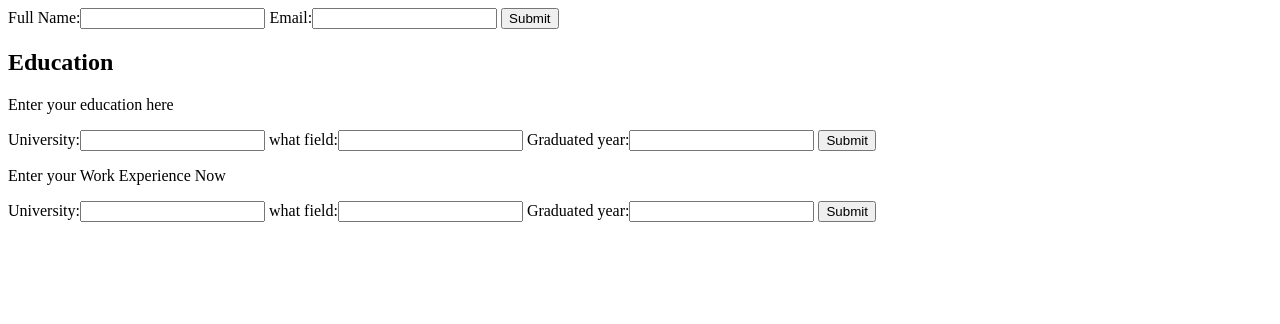
Repository: henokkeleta/SpringIt2
Page: WeekFour/WebContent/Resume1.html
The author's editor kept a copy of each file at every save. The page is drawn from the files as they stood at one save, then again after the next save.
The browser window is 1280 px wide. The pictures show the whole page.

Above is the page before, as saved 2017-06-15 18:39:16.

### WeekFour/WebContent/Resume1.html
<!DOCTYPE html>
<html>
<head>
<meta charset="UTF-8">
<title>Insert title here</title>
</head>
<body>
<form action = "NameEmail.jsp" method = "post">
Full Name:<input type = "text" name = "FullName" >
Email:<input type = "text" name = "Email" >
<input type = "Submit" value = "Submit">
</form>
<h2>Education</h2>
<p>Enter your education here</p>
<form action = "" method = "post">
University:<input type = "text" name = "Education" >
what field:<input type = "text" name = "Education" >
Graduated year:<input type = "text" name = "Education" >
<input type = "Submit" value = "Submit">
</form>
<p>Enter your Work Experience Now</p>
<form action = "EucationServlet" method = "post">
University:<input type = "text" name = "Education" >
what field:<input type = "text" name = "Education" >
Graduated year:<input type = "text" name = "Education" >
<input type = "Submit" value = "Submit">
</form>
</body>
</html>

After the next save:
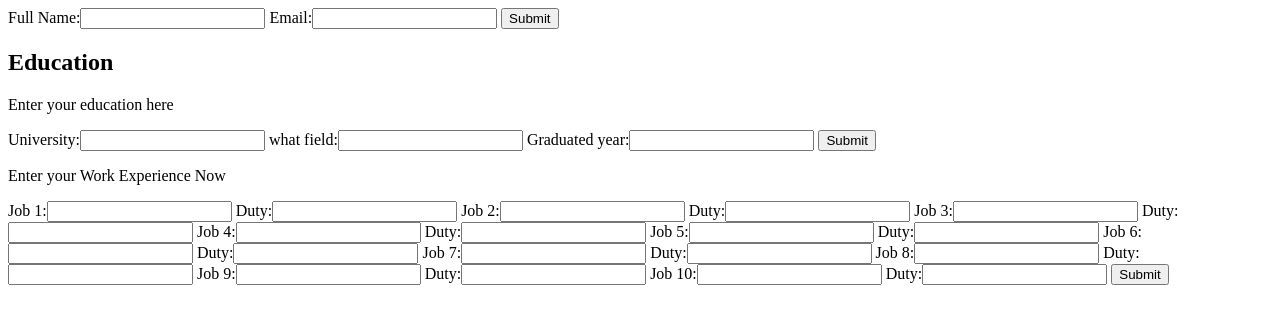
Saved 5 min 9 s later.
--- a/WeekFour/WebContent/Resume1.html
+++ b/WeekFour/WebContent/Resume1.html
@@ -19,10 +19,28 @@ Graduated year:<input type = "text" name = "Education" >
 <input type = "Submit" value = "Submit">
 </form>
 <p>Enter your Work Experience Now</p>
-<form action = "EucationServlet" method = "post">
-University:<input type = "text" name = "Education" >
-what field:<input type = "text" name = "Education" >
-Graduated year:<input type = "text" name = "Education" >
+<form action = "WorkExperience.jsp" method = "post">
+Job 1:<input type = "text" name = "Job1" >
+Duty:<input type = "text" name = "Duty" >
+Job 2:<input type = "text" name = "Job2" >
+Duty:<input type = "text" name = "Duty" >
+Job 3:<input type = "text" name = "Job3" >
+Duty:<input type = "text" name = "Duty" >
+Job 4:<input type = "text" name = "Job4" >
+Duty:<input type = "text" name = "Duty" >
+Job 5:<input type = "text" name = "Job5" >
+Duty:<input type = "text" name = "Duty" >
+Job 6:<input type = "text" name = "Job6" >
+Duty:<input type = "text" name = "Duty" >
+Job 7:<input type = "text" name = "Job7" >
+Duty:<input type = "text" name = "Duty" >
+Job 8:<input type = "text" name = "Job8" >
+Duty:<input type = "text" name = "Duty" >
+Job 9:<input type = "text" name = "Job9" >
+Duty:<input type = "text" name = "Duty" >
+Job 10:<input type = "text" name = "Job10" >
+Duty:<input type = "text" name = "Duty" >
+
 <input type = "Submit" value = "Submit">
 </form>
 </body>
